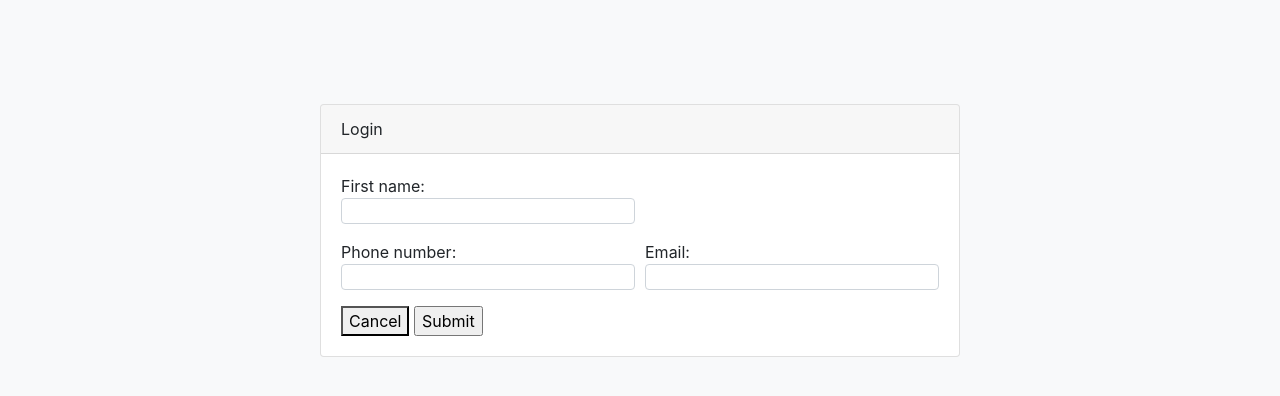
Repository: Map2g/WeFixPOS
Page: pages/login.html
The author's editor kept a record of every edit. The page is drawn from the files as they stood at one moment, then again after the next edit.
The browser window is 1280 px wide. The pictures show the whole page.

Above is the page before.

After the next edit:
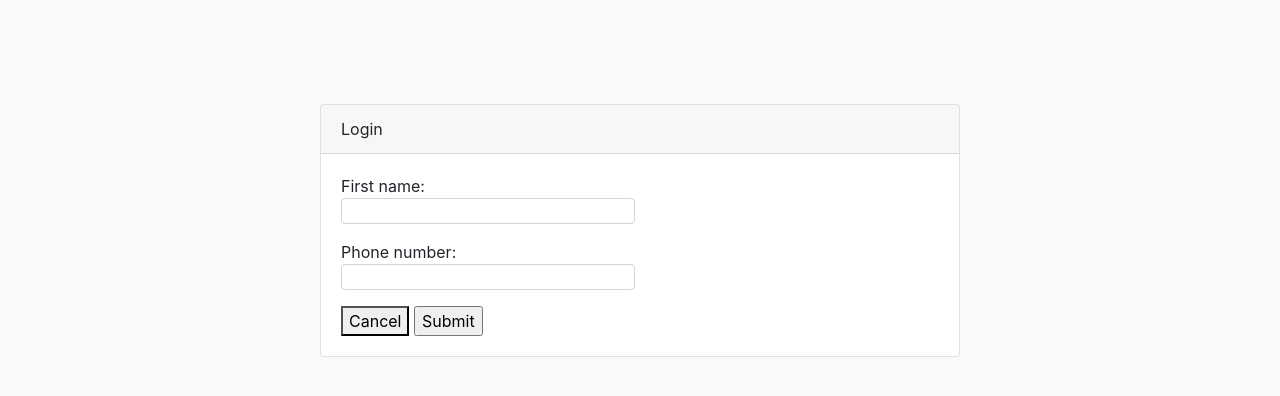
The edit:
--- a/pages/login.html
+++ b/pages/login.html
@@ -45,11 +45,6 @@
                   <!--<label for="lastName">Last name</label>-->
                 </div>
               </div>
-              <div class="col-md-6">
-                <div class="form-label-group">
-                  Email: <input type="text" name="email" class="form-control" placeholder="jacksmith@yahoo.com" required="required">
-                </div>
-              </div>
             </div>
           </div>
 
